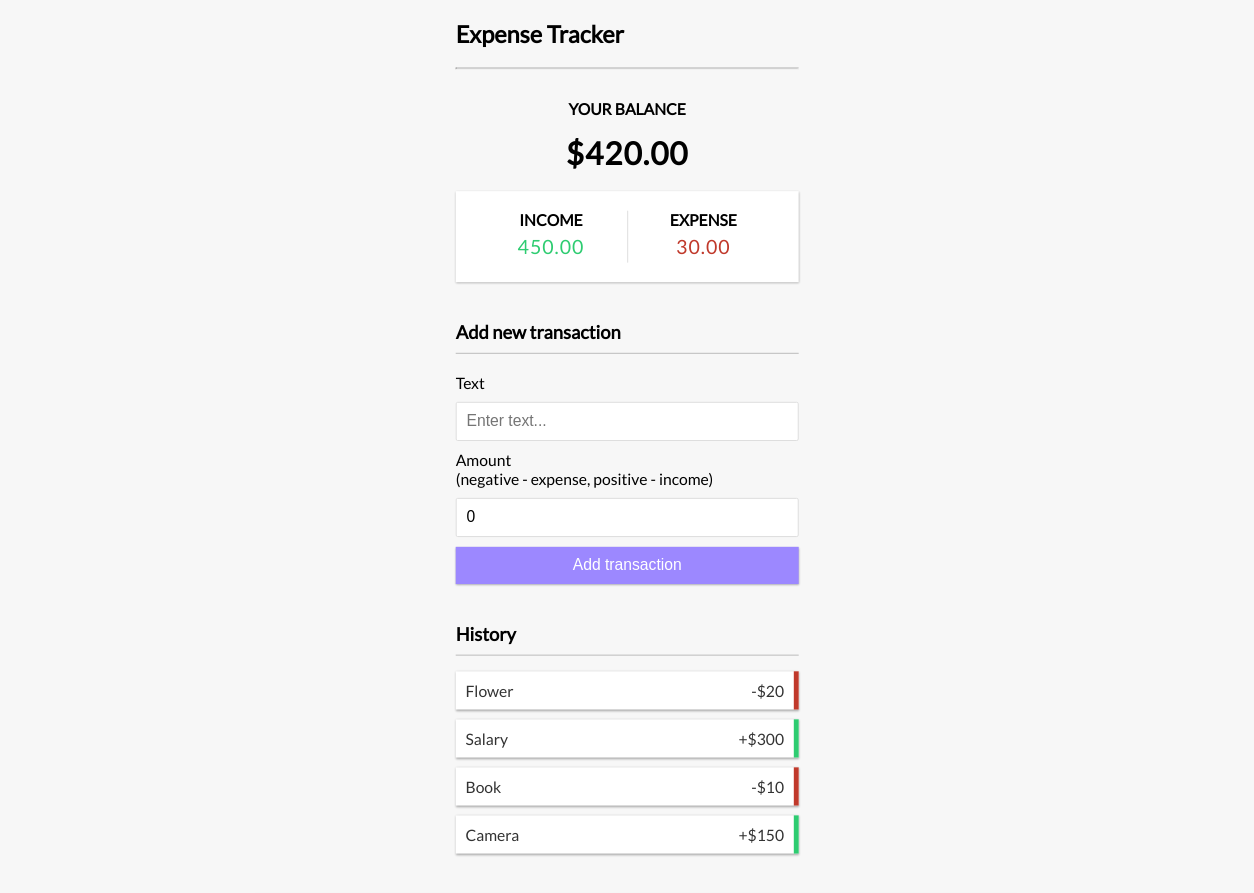
Repository: halilgoksu/js-react-expence-tracker
Page: /
The author's editor kept a copy of each file at every save. The page is drawn from the files as they stood at one save, then again after a run of saves.
The browser window is 1280 px wide. The pictures show the whole page, at 98% of full size.
The project was rebuilt for these pictures with package versions that can differ from the ones it lists, and the page was loaded fresh each time.

Above is the page before, as saved 2023-01-02 14:02:25.

### src/App.js
import './App.css';
import {AddTransaction} from './components/AddTransaction';
import {Balance} from './components/Balance';
import {Header} from './components/Header';
import {IncomeExpenses} from './components/IncomeExpenses';
import {TransactionList} from './components/TransactionList';

import { GlobalProvider } from './context/GlobalState';

//if app crash go dont export default//

function App() {
  return (
    <GlobalProvider>
    <Header />
    <hr></hr>
    <div className='container'>
      <Balance />
      <IncomeExpenses />
      <AddTransaction />
      <TransactionList />
    </div>
    </GlobalProvider>
  );
}

export default App;

### src/App.css
@import url("https://fonts.googleapis.com/css?family=Lato&display=swap");

:root {
  --box-shadow: 0 1px 3px rgba(0, 0, 0, 0.12), 0 1px 2px rgba(0, 0, 0, 0.24);
}

* {
  box-sizing: border-box;
}

body {
  background-color: #f7f7f7;
  display: flex;
  flex-direction: column;
  align-items: center;
  justify-content: center;
  min-height: 100vh;
  margin: 0;
  font-family: "Lato", sans-serif;
}

.container {
  margin: 30px auto;
  width: 350px;
}

h1 {
  letter-spacing: 1px;
  margin: 0;
}

h3 {
  border-bottom: 1px solid #bbb;
  padding-bottom: 10px;
  margin: 40px 0 10px;
}

h4 {
  margin: 0;
  text-transform: uppercase;
}

.inc-exp-container {
  background-color: #fff;
  box-shadow: var(--box-shadow);
  padding: 20px;
  display: flex;
  justify-content: space-between;
  margin: 20px 0;
}

.inc-exp-container > div {
  flex: 1;
  text-align: center;
}

.inc-exp-container > div:first-of-type {
  border-right: 1px solid #dedede;
}

.money {
  font-size: 20px;
  letter-spacing: 1px;
  margin: 5px 0;
}

.money.plus {
  color: #2ecc71;
}

.money.minus {
  color: #c0392b;
}

label {
  display: inline-block;
  margin: 10px 0;
}

input[type="text"],
input[type="number"] {
  border: 1px solid #dedede;
  border-radius: 2px;
  display: block;
  font-size: 16px;
  padding: 10px;
  width: 100%;
}

.btn {
  cursor: pointer;
  background-color: #9c88ff;
  box-shadow: var(--box-shadow);
  color: #fff;
  border: 0;
  display: block;
  font-size: 16px;
  margin: 10px 0 30px;
  padding: 10px;
  width: 100%;
}

.btn:focus,
.delete-btn:focus {
  outline: 0;
}

.list {
  list-style-type: none;
  padding: 0;
  margin-bottom: 40px;
}

.list li {
  background-color: #fff;
  box-shadow: var(--box-shadow);
  color: #333;
  display: flex;
  justify-content: space-between;
  position: relative;
  padding: 10px;
  margin: 10px 0;
}

.list li.plus {
  border-right: 5px solid #2ecc71;
}

.list li.minus {
  border-right: 5px solid #c0392b;
}

.delete-btn {
  cursor: pointer;
  background-color: #e74c3c;
  border: 0;
  color: #fff;
  font-size: 20px;
  line-height: 20px;
  padding: 2px 5px;
  position: absolute;
  top: 50%;
  left: 0;
  transform: translate(-100%, -50%);
  opacity: 0;
  transition: opacity 0.3s ease;
}

.list li:hover .delete-btn {
  opacity: 1;
}

.balance{
  display: flex;
  flex-direction: column;
  justify-content: center;
  text-align: center;
  align-items: center;
  gap: 1rem;

}

### src/components/AddTransaction.js
import React, { useState, useContext } from "react";
import { GlobalContext } from "../context/GlobalState";

export const  AddTransaction = () => {
  const [text, setText] = useState('');
  //elinde bos bir state , ve onu icini doldurmayi beklyen baska bir state var

  const [amount, setAmount] = useState(0);
  //baslagic degeri 0 olan degismeyi bekleyen bir amount kardesimiz var


  const { addTransaction } = useContext(GlobalContext);
  //borudan addTansaction kardesimzi transfer ettik
  //bu bir function


  const onSubmit = (e) => {
    e.preventDefault();
    const newTransaction = {
      id: Math.floor(Math.random() * 100000000),
      text,
      amount:+amount
    };

    addTransaction(newTransaction);
    setText('');
    setAmount(0);
  };
  //Form da bulunan butuna tikarsak onSubmit fonk calisir
  //otamatik id si olan, texti ve amountu formdaki input alanindan alan bir eleman olsuturduk
  //bu elemani alip addTransaction(newTransaction) un icine at, o halleder


  return (
    <>
      <h3>Add new transaction</h3>
      <form onSubmit={onSubmit}>
        <div className="form-control">
          <label htmlFor="text">Text</label>
          <input
            type="text"
            value={text}
            onChange={(e) => setText(e.target.value)}
            //texti inputa girecigimiz value ile set eder
            placeholder="Enter text..."
          />
        </div>
        <div className="form-control">
          <label htmlFor="amount">
            Amount <br />
            (negative - expense, positive - income)
          </label>
          <input
            type="number"
            value={amount}
            onChange={(e) => setAmount(e.target.value)}
            //diger input area girdigimiz numara ile set edilecek
            placeholder="Enter amount..."
          />
        </div>
        <button className="btn">Add transaction</button>
      </form>
    </>
  );
};

### src/components/Balance.js
import React, { useContext } from 'react';
import { GlobalContext } from '../context/GlobalState';

export const  Balance = () => {
  const {transactions} =useContext(GlobalContext);
  //useContext borusundan transaction muzu aldik . yani; [datamiz]

  const amounts = transactions.map(transaction => transaction.amount);
  //amounts : datamizda bulunan butun paralar
  //gelen objenin icinde amounlari hepsini aldik

  const total = amounts.reduce((acc, item) => (acc += item), 0).toFixed(2);
  //total : masraflar ve olan parayi hesaplar
  //aldigimiz amounlarin hepsini toplayip total denilen bir sonc bulduk
  //reduce(acc,item), butun elemanalri toplamimiza yarayan eleman



  return (
    <div className='balance'>
      <h4>Your Balance</h4>
      <h1>${total}</h1>
    </div>
  )
}

### src/components/Header.js
import React from "react";

export const Header = () => {
  return <h2>Expense Tracker</h2>;
};
//O sadece bir header bro

### src/components/IncomeExpenses.js
import React,{ useContext } from "react";
import { GlobalContext } from "../context/GlobalState";

export const  IncomeExpenses = () => {
  const { transactions } = useContext(GlobalContext);
  //borudan transactions datamizi(obje) alidik

  const amounts = transactions.map((transaction) => transaction.amount);
  //adlgimzi datinin icinindeki butun amounlari getirdik
  //console.log(amounts) //(4) [-20, 300, -10, 150]

  const income = amounts.filter((item) => item > 0).reduce((acc, item) => (acc += item), 0)
    .toFixed(2);
    //sadece atida olanari toplayarak incom i bulur

  const expense = (
    amounts.filter((item) => item < 0).reduce((acc, item) => (acc += item), 0) *
    -1
  ).toFixed(2);
  //ekisideki degerleri topayarak expence i bulur


  return (
    <div className="inc-exp-container">
      <div>
        <h4>Income</h4>
        <p className="money plus">
          {income}
        </p>
      </div>
      <div>
        <h4>Expense</h4>
        <p className="money minus">
          {expense}
        </p>
      </div>
    </div>
    //ekrana toplam expence ve income u hesplayip yazar

  );
};

### src/components/TransactionList.js
import React, { useContext } from "react";
import {Transaction} from "./Transaction";
import { GlobalContext } from "../context/GlobalState";

export const  TransactionList = () => {
  const { transactions } = useContext(GlobalContext);
  return (
    <>
      <h3>History</h3>
      <ul className="list">
        {transactions.map((transaction) =>
        (<Transaction key={transaction.id} transaction={transaction} />))}
      </ul>
    </>
  );
};

### src/context/GlobalState.js
import React, { createContext, useReducer,useEffect } from "react";
import AppReducer from "./AppReducer";

//Initial State

const initialState = {
  transactions: [
    { id: 1, text: "Flower", amount: -20 },
    { id: 2, text: "Salary", amount: 300 },
    { id: 3, text: "Book", amount: -10 },
    { id: 4, text: "Camera", amount: 150 },
  ]
}
//elimizde olan datamiz , burdaki verileri tek tek borudan gonderip
//UI daki kaliba yerlestiriyoruz
//buradki data default datadir , eger ekleme yada cikarma yaparsak buraya yansimaz
//UI da olan orda kalir , yenileme yaptigin zaman data gider
//icini bos birkirsan [] bos array olur , default bos olur



//Create context
export const GlobalContext = createContext(initialState);
//borunun adini globalContext yaptik


//Provider component
export const GlobalProvider = ({ children }) => {
  //children alt butun componanatleri ifade eder


  const [state, dispatch] = useReducer(AppReducer,initialState )
  //state elimize olan arryimiz, data , bos yada dolu fark etmez
  //initialState ile state ayni seyi ifade eder
  //bu datayi dispatch type  ile degistircegiz, ki o da AppReducer dan gelir

  useEffect(() => {
    //console.log(initialState);
  })


  //Actions
  function deleteTransaction(id){
    dispatch({
        type: 'DELETE_TRANSACTION',
        payload:id
    });

  }
  function addTransaction(transaction){
    dispatch({
        type: 'ADD_TRANSACTION',
        payload:transaction
    });

  }

  return (
    <GlobalContext.Provider value={{
        transactions: state.transactions,
        deleteTransaction,
        addTransaction
        }}>
      {children}
    </GlobalContext.Provider>

    //It will provide all state an action with other components

  );
};

### src/components/Transaction.js
import React, { useContext } from "react";
import { GlobalContext } from "../context/GlobalState";

export const  Transaction = ({ transaction }) => {
  const { deleteTransaction } = useContext(GlobalContext);
  //Context brousunda gelen deleteTransaction elemanini al ve kullan

  const sign = transaction.amount < 0 ? "-" : "+";

  return (
    <li className={transaction.amount < 0 ? "minus" : "plus"}>
      {/* //eger amount eksi ise red , ati ise yesil , amount a gore className */}

      {transaction.text}

      <span>
        {sign}${Math.abs(transaction.amount)}
      </span>

      <button
        className="delete-btn"
        onClick={() => deleteTransaction(transaction.id)}
      >
        x
      </button>
    </li>
  );
};

### src/context/AppReducer.js
//gelen key word gore action yap

// eslint-disable-next-line import/no-anonymous-default-export
export default (state, action) => {
  switch (action.type) {
    case 'DELETE_TRANSACTION':
      return {
        ...state,
        transactions: state.transactions.filter( transaction => transaction.id !==
          action.payload)
      }

    case 'ADD_TRANSACTION':
      return {
        ...state,
        transactions:[action.payload, ...state.transactions]
      };

    default:
      return state;
  }
};

Loaded but not shown: src/index.js (common file)

After the next 2 saves:
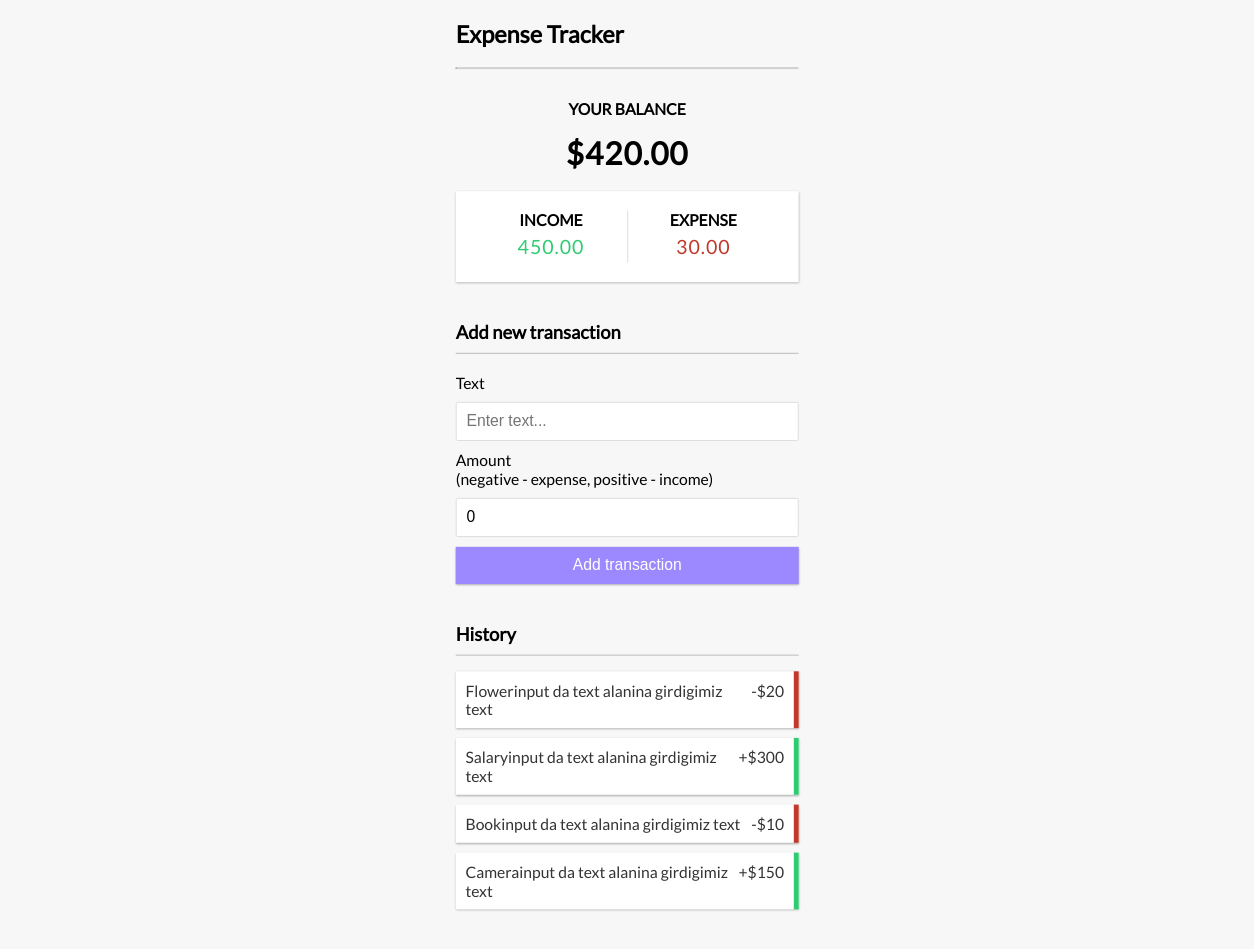
The 2 saves are shown as one change because they came seconds apart.
The last was saved 18 s later.
--- a/src/components/Transaction.js
+++ b/src/components/Transaction.js
@@ -12,7 +12,7 @@
       {/* //eger amount eksi ise red , ati ise yesil , amount a gore className */}
 
       {transaction.text}
-
+      input da text alanina girdigimiz text
       <span>
         {sign}${Math.abs(transaction.amount)}
       </span>

After the save that followed:
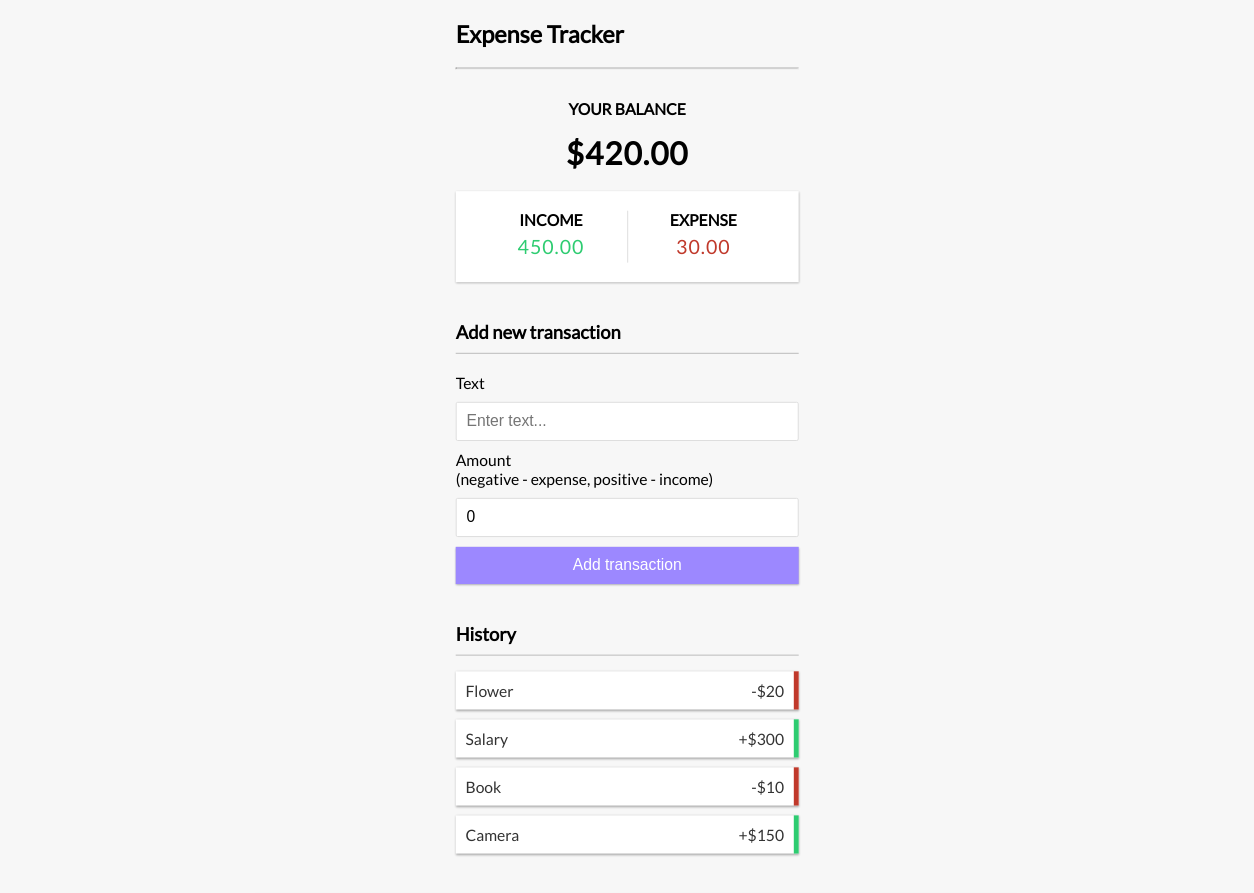
Saved 6 s later.
--- a/src/components/Transaction.js
+++ b/src/components/Transaction.js
@@ -12,7 +12,7 @@
       {/* //eger amount eksi ise red , ati ise yesil , amount a gore className */}
 
       {transaction.text}
-      input da text alanina girdigimiz text
+      {/* input da text alanina girdigimiz text */}
       <span>
         {sign}${Math.abs(transaction.amount)}
       </span>
